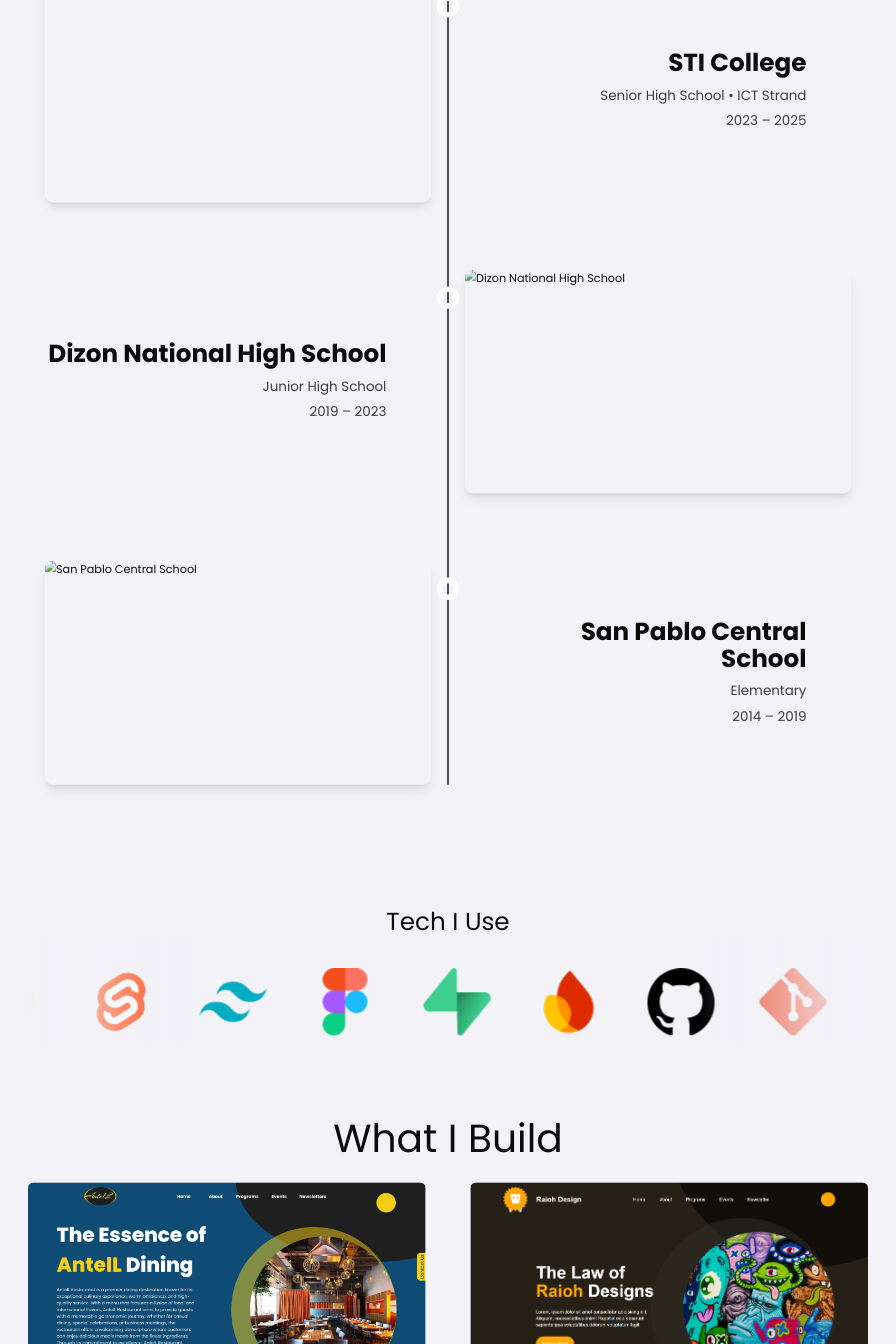
Repository: Latrell26/Portfolio-schoolProject
Page: /
These files come from the project's save history. The page is drawn as it stood at one moment and after a run of saves; the edit follows.
The browser window is 1280 px wide. The pictures show the part of the page from y = 2203 to 4123 px (the page is 6276 px tall), at 70% of full size.
The project was rebuilt for these pictures with package versions that can differ from the ones it lists, and the page was loaded fresh each time. Also part of the build but not shown: svelte.config.js, vite.config.js.

Above is the page before, as saved 2026-01-02 22:30:37.

After the next 7 saves:
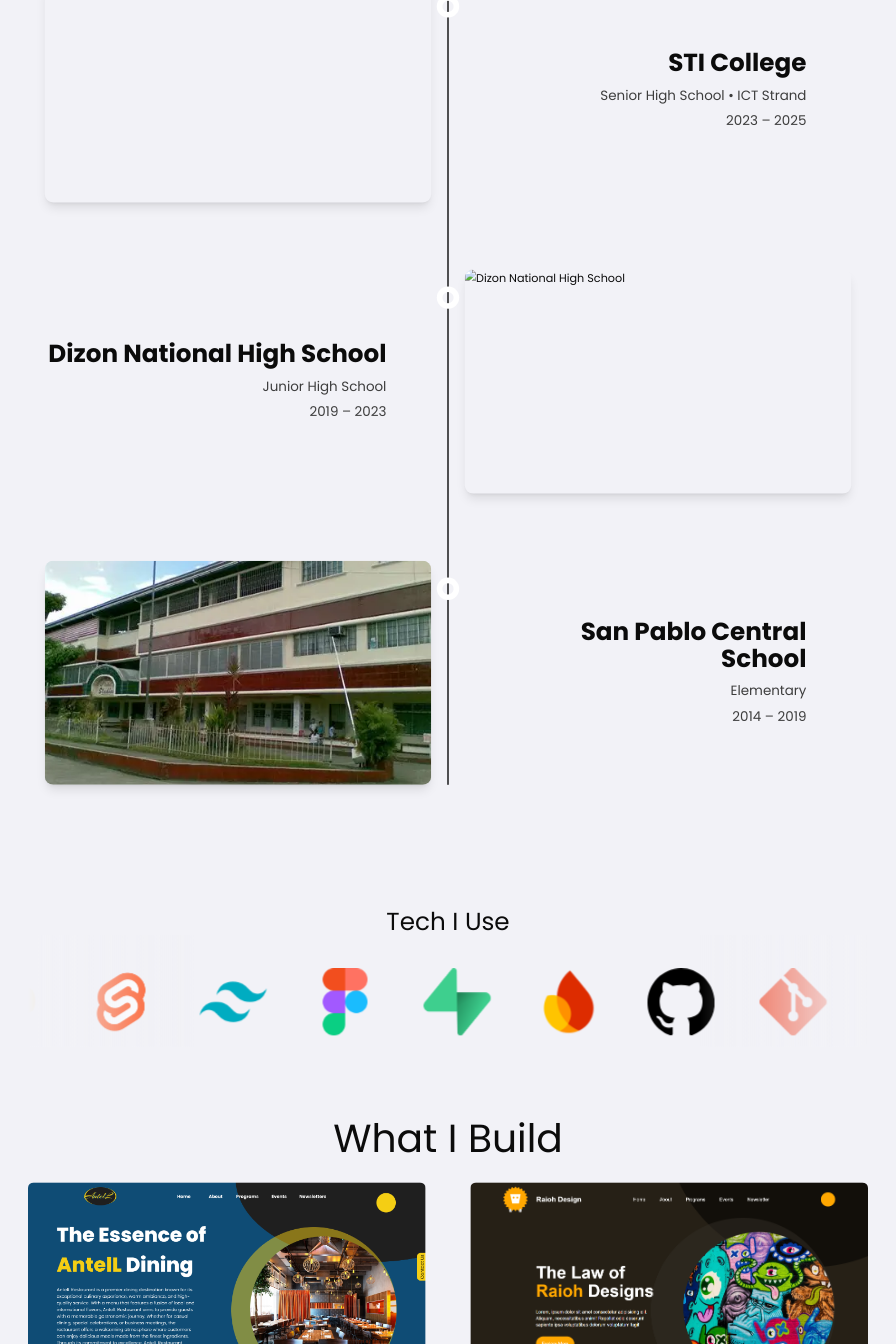
The 7 saves are shown as one change because they came seconds apart.
The last was saved 38 s later.
--- a/src/lib/arrayObjectsData.js
+++ b/src/lib/arrayObjectsData.js
@@ -53,7 +53,7 @@
       school: "San Pablo Central School",
       level: "Elementary",
       year: "2014 – 2019",
-      imageSrc: "/images/spcs.jpg",
+    image: img.central,
       imageAlt: "San Pablo Central School"
     },
   ];
